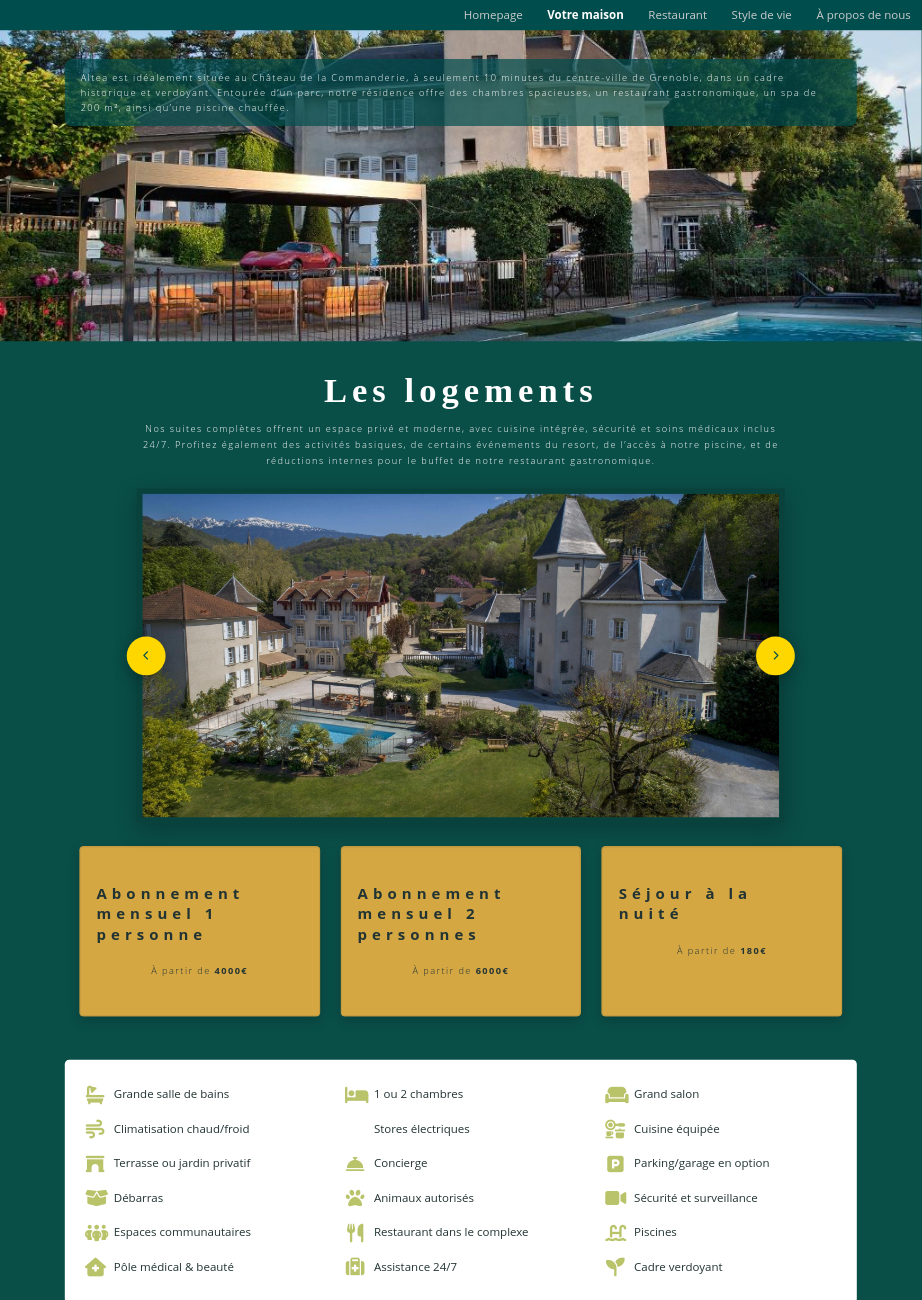
Repository: Rahimzeeeer/alteaaaa
Page: maison.html
These files come from the project's save history. The page is drawn as it stood at one moment and after the next save; the edit follows.
The browser window is 1280 px wide. The pictures show the part of the page from y = 0 to 1806 px (the page is 3131 px tall before and 3087 px after), at 72% of full size.
A picture or video elsewhere on the page could not be fetched, so the positions and the page height are approximate.

Above is the page before, as saved 2025-08-12 17:16:53.

After the next save:
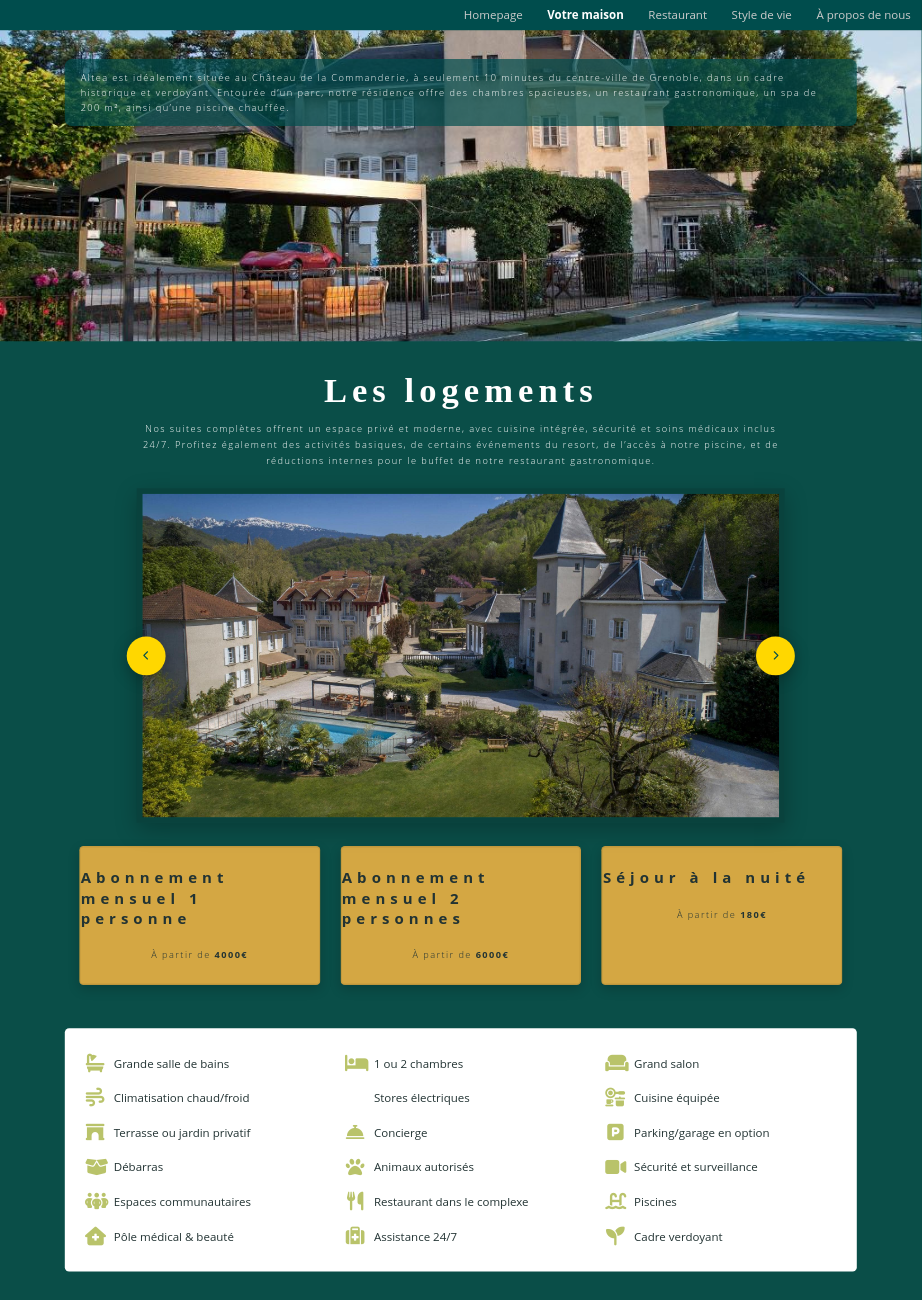
Saved 67 s later.
--- a/style.css
+++ b/style.css
@@ -426,13 +426,13 @@
 .price-card{
   background: #d4a743;
   color: var(--ink);
-  padding: 22px;
+
   border-radius: 6px;
   box-shadow: 0 6px 16px rgba(0,0,0,.18);
   border: 2px solid rgba(0,0,0,.08);
 }
 
-.price-note {   text-align: left;}
+.price-note {  text-align: left;}
 
 /* Panneau des équipements (blanc) */
 .features-panel{
@@ -449,7 +449,7 @@
   gap: 22px 40px;
 }
 .feature{
-  display: flex; ; gap: 12px;
+  display: flex; align-items: center; gap: 12px;
   font-size: 1rem;
 }
 .feature i{

After the save that followed:
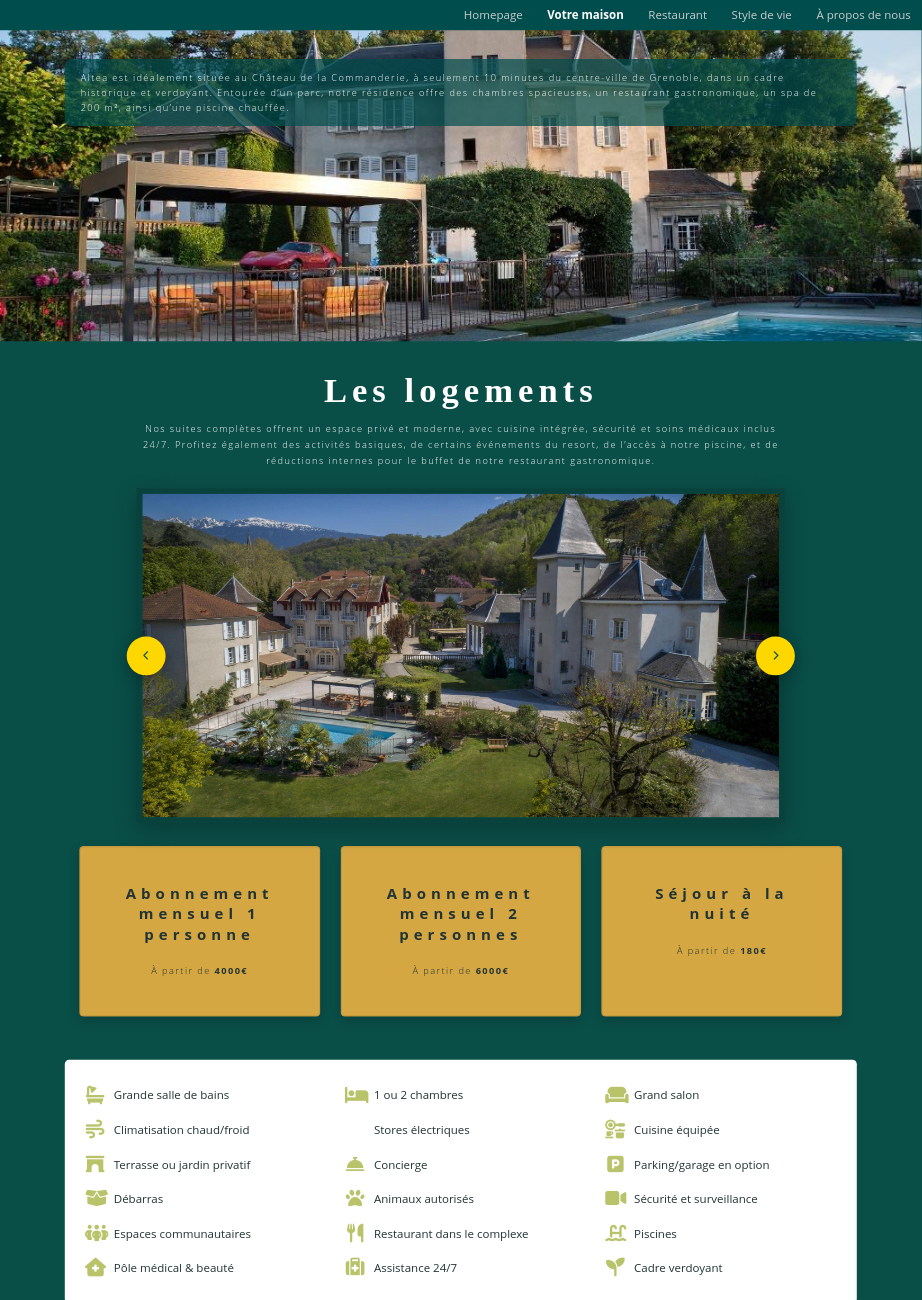
Saved 26 s later.
--- a/style.css
+++ b/style.css
@@ -426,13 +426,13 @@
 .price-card{
   background: #d4a743;
   color: var(--ink);
-
+  padding: 22px;
   border-radius: 6px;
   box-shadow: 0 6px 16px rgba(0,0,0,.18);
   border: 2px solid rgba(0,0,0,.08);
-}
-
-.price-note {  text-align: left;}
+  text-align: center;
+}
+
 
 /* Panneau des équipements (blanc) */
 .features-panel{
